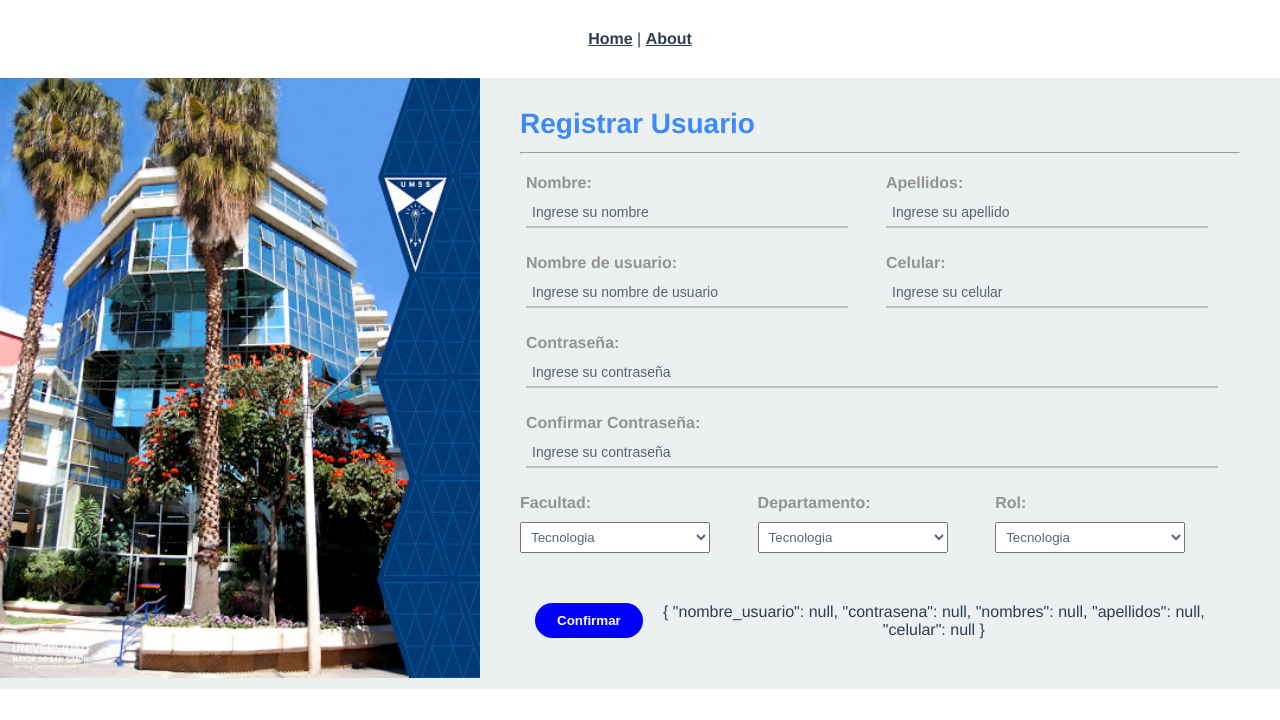
Repository: BritanyTorrico/front-cotizaciones
Page: /register
These files come from the project's save history. The page is drawn as it stood at one moment and after the next save; the edit follows.
The browser window is 1280 px wide. The pictures show the whole page.
The project was rebuilt for these pictures with package versions that can differ from the ones it lists, and the page was loaded fresh each time. Also part of the build but not shown: vue.config.js, src/components/HelloWorld.vue, src/views/Home.vue.

Above is the page before, as saved 2021-04-21 23:55:21.

After the next save:
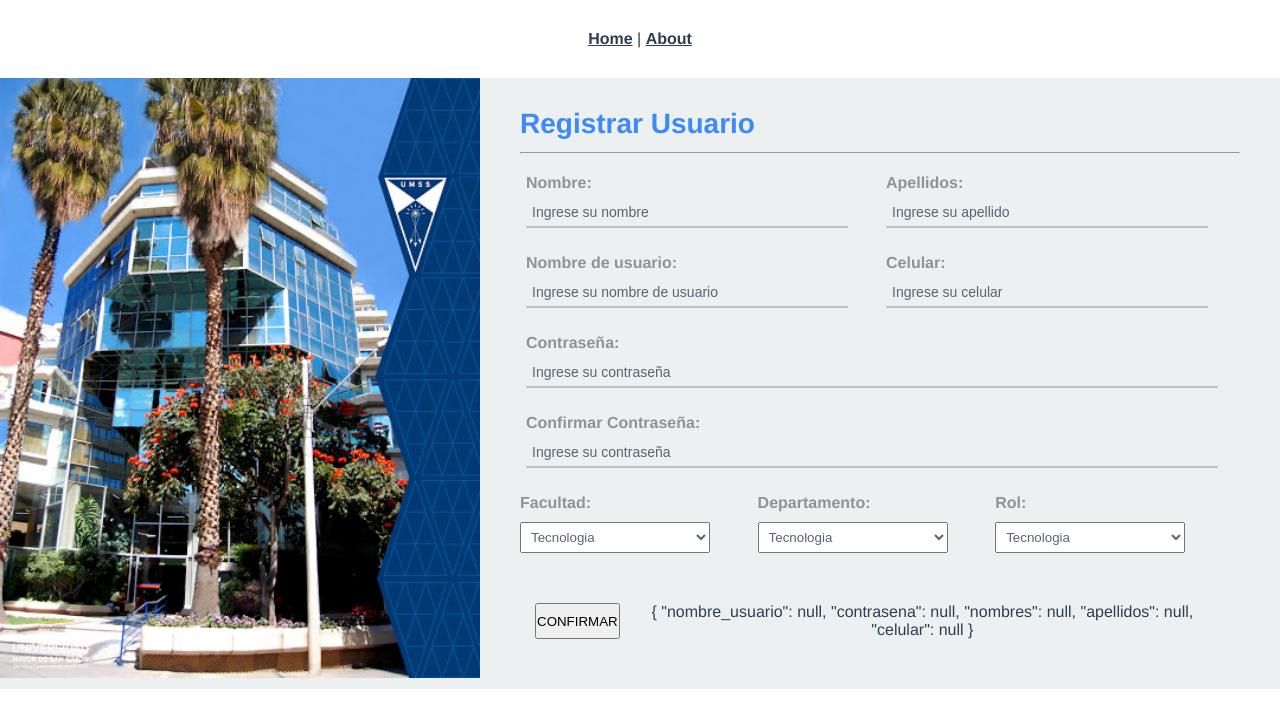
Saved 4 min 12 s later.
--- a/src/components/User/RegisterUser.vue
+++ b/src/components/User/RegisterUser.vue
@@ -93,7 +93,7 @@
             </div>
           </div>
           <div class="boton">
-            <input class="boton__input" type="submit" value="Confirmar" />
+            <button>CONFIRMAR</button>
             {{ users }}
           </div>
         </div>
